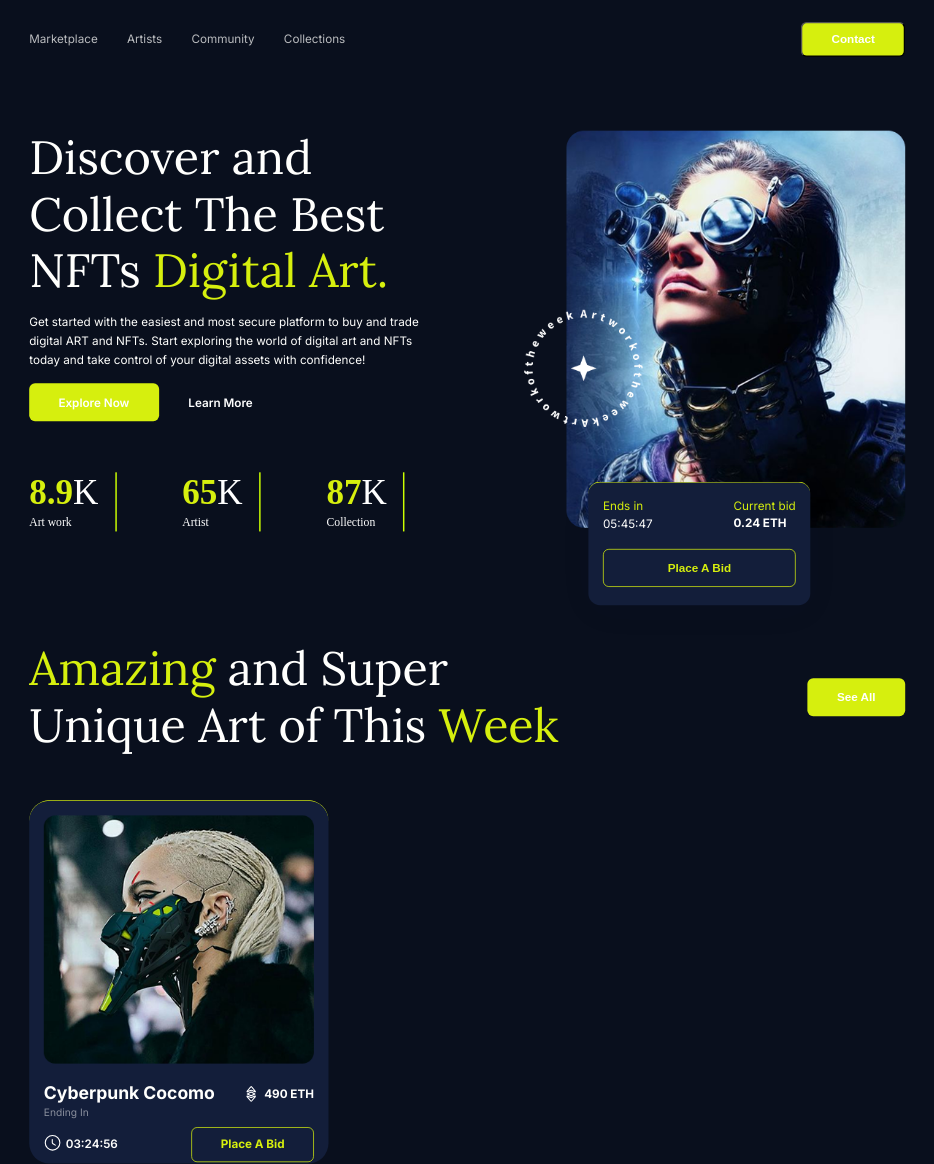
Repository: Kamron5505/NftMarketplace
Page: index.html
An editor plug-in stored every save of this project. The page is shown before and after the next save, followed by the edit.
The browser window is 1280 px wide. The pictures show the whole page, at 73% of full size.

Above is the page before, as saved 2025-07-09 14:39:54.

After the next save:
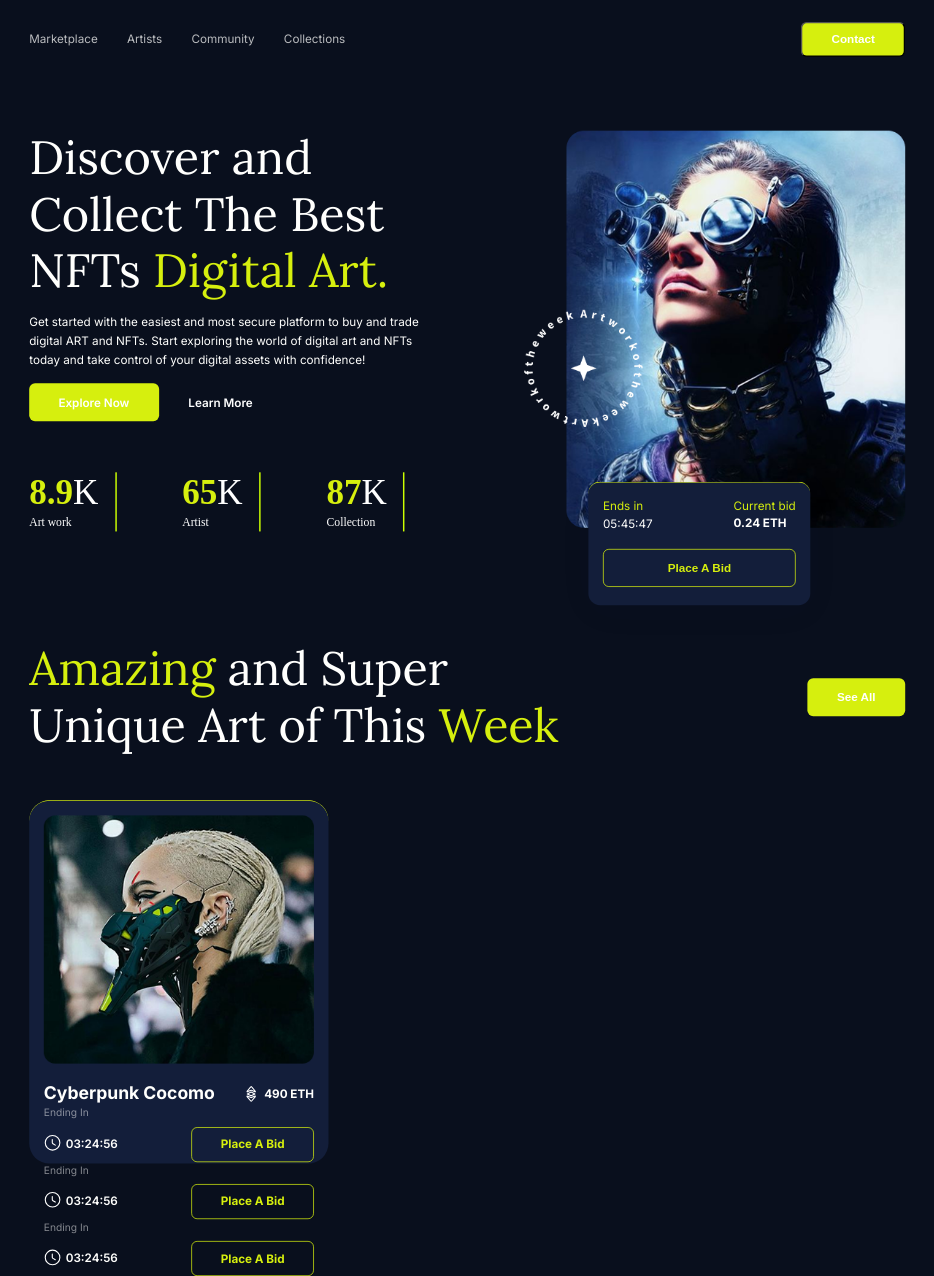
Saved 44 s later.
--- a/index.html
+++ b/index.html
@@ -146,6 +146,54 @@
                                 </div>
                             </div>
                         </div>
+                        <div class="art-card__info">
+                            <div class="art-card__time">
+                                <p class="art-card__time__ending">Ending In</p>
+                                <div class="art-card__time-row">
+                                    <div class="art-card__time-value">
+                                        <i class="icon-clock">
+                                            <svg width="24" height="25" viewBox="0 0 24 25" fill="none"
+                                                xmlns="http://www.w3.org/2000/svg">
+                                                <path
+                                                    d="M22 12.5C22 18.02 17.52 22.5 12 22.5C6.48 22.5 2 18.02 2 12.5C2 6.98 6.48 2.5 12 2.5C17.52 2.5 22 6.98 22 12.5Z"
+                                                    stroke="white" stroke-width="1.5" stroke-linecap="round"
+                                                    stroke-linejoin="round" />
+                                                <path
+                                                    d="M15.71 15.68L12.61 13.83C12.07 13.51 11.63 12.74 11.63 12.11V8.01001"
+                                                    stroke="white" stroke-width="1.5" stroke-linecap="round"
+                                                    stroke-linejoin="round" />
+                                            </svg>
+                                        </i>
+                                        <span class="art-card__time-text">03:24:56</span>
+                                    </div>
+                                    <button class="art-card__btn-bid">Place A Bid</button>
+                                </div>
+                            </div>
+                        </div>
+                        <div class="art-card__info">
+                            <div class="art-card__time">
+                                <p class="art-card__time__ending">Ending In</p>
+                                <div class="art-card__time-row">
+                                    <div class="art-card__time-value">
+                                        <i class="icon-clock">
+                                            <svg width="24" height="25" viewBox="0 0 24 25" fill="none"
+                                                xmlns="http://www.w3.org/2000/svg">
+                                                <path
+                                                    d="M22 12.5C22 18.02 17.52 22.5 12 22.5C6.48 22.5 2 18.02 2 12.5C2 6.98 6.48 2.5 12 2.5C17.52 2.5 22 6.98 22 12.5Z"
+                                                    stroke="white" stroke-width="1.5" stroke-linecap="round"
+                                                    stroke-linejoin="round" />
+                                                <path
+                                                    d="M15.71 15.68L12.61 13.83C12.07 13.51 11.63 12.74 11.63 12.11V8.01001"
+                                                    stroke="white" stroke-width="1.5" stroke-linecap="round"
+                                                    stroke-linejoin="round" />
+                                            </svg>
+                                        </i>
+                                        <span class="art-card__time-text">03:24:56</span>
+                                    </div>
+                                    <button class="art-card__btn-bid">Place A Bid</button>
+                                </div>
+                            </div>
+                        </div>
                     </div>
                 </div>
 

After the save that followed:
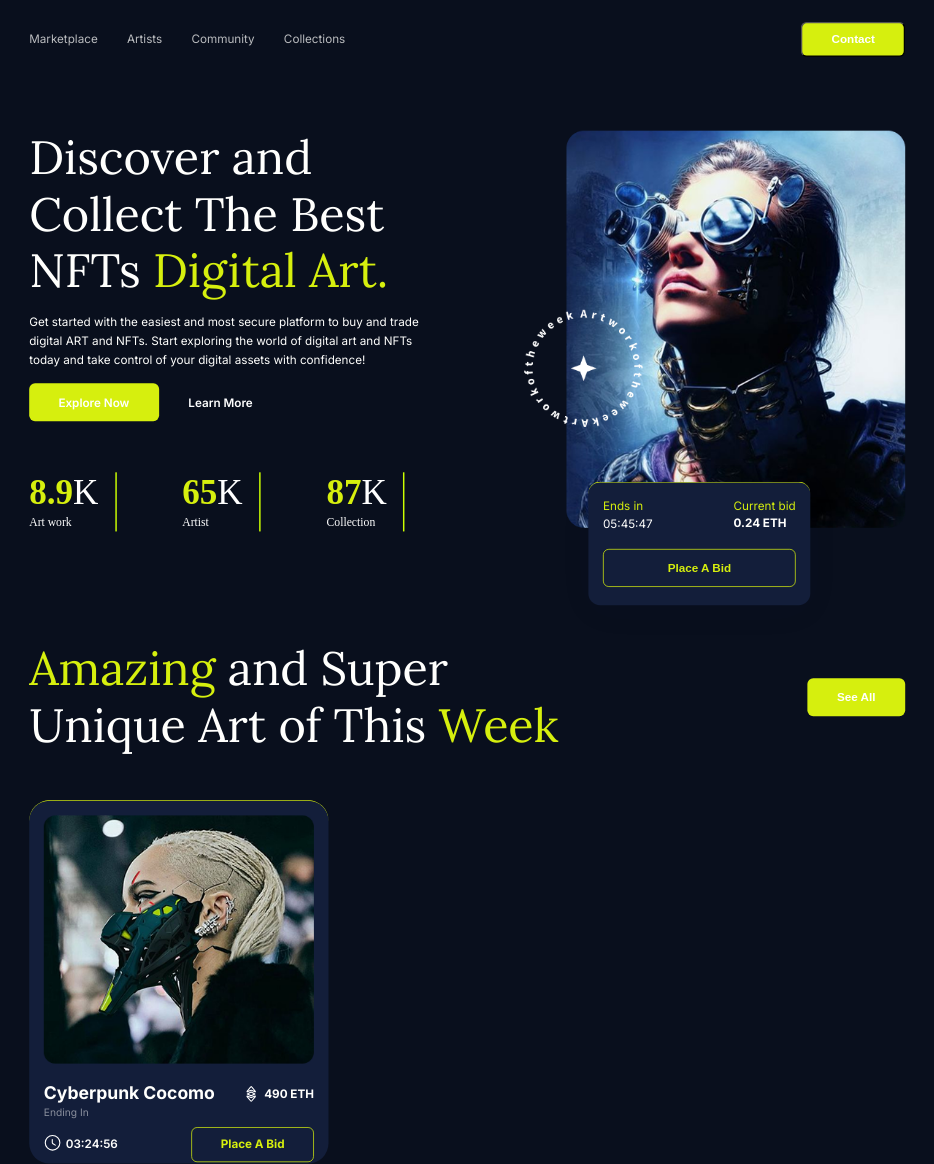
Saved 19 s later.
--- a/index.html
+++ b/index.html
@@ -146,54 +146,6 @@
                                 </div>
                             </div>
                         </div>
-                        <div class="art-card__info">
-                            <div class="art-card__time">
-                                <p class="art-card__time__ending">Ending In</p>
-                                <div class="art-card__time-row">
-                                    <div class="art-card__time-value">
-                                        <i class="icon-clock">
-                                            <svg width="24" height="25" viewBox="0 0 24 25" fill="none"
-                                                xmlns="http://www.w3.org/2000/svg">
-                                                <path
-                                                    d="M22 12.5C22 18.02 17.52 22.5 12 22.5C6.48 22.5 2 18.02 2 12.5C2 6.98 6.48 2.5 12 2.5C17.52 2.5 22 6.98 22 12.5Z"
-                                                    stroke="white" stroke-width="1.5" stroke-linecap="round"
-                                                    stroke-linejoin="round" />
-                                                <path
-                                                    d="M15.71 15.68L12.61 13.83C12.07 13.51 11.63 12.74 11.63 12.11V8.01001"
-                                                    stroke="white" stroke-width="1.5" stroke-linecap="round"
-                                                    stroke-linejoin="round" />
-                                            </svg>
-                                        </i>
-                                        <span class="art-card__time-text">03:24:56</span>
-                                    </div>
-                                    <button class="art-card__btn-bid">Place A Bid</button>
-                                </div>
-                            </div>
-                        </div>
-                        <div class="art-card__info">
-                            <div class="art-card__time">
-                                <p class="art-card__time__ending">Ending In</p>
-                                <div class="art-card__time-row">
-                                    <div class="art-card__time-value">
-                                        <i class="icon-clock">
-                                            <svg width="24" height="25" viewBox="0 0 24 25" fill="none"
-                                                xmlns="http://www.w3.org/2000/svg">
-                                                <path
-                                                    d="M22 12.5C22 18.02 17.52 22.5 12 22.5C6.48 22.5 2 18.02 2 12.5C2 6.98 6.48 2.5 12 2.5C17.52 2.5 22 6.98 22 12.5Z"
-                                                    stroke="white" stroke-width="1.5" stroke-linecap="round"
-                                                    stroke-linejoin="round" />
-                                                <path
-                                                    d="M15.71 15.68L12.61 13.83C12.07 13.51 11.63 12.74 11.63 12.11V8.01001"
-                                                    stroke="white" stroke-width="1.5" stroke-linecap="round"
-                                                    stroke-linejoin="round" />
-                                            </svg>
-                                        </i>
-                                        <span class="art-card__time-text">03:24:56</span>
-                                    </div>
-                                    <button class="art-card__btn-bid">Place A Bid</button>
-                                </div>
-                            </div>
-                        </div>
                     </div>
                 </div>
 
